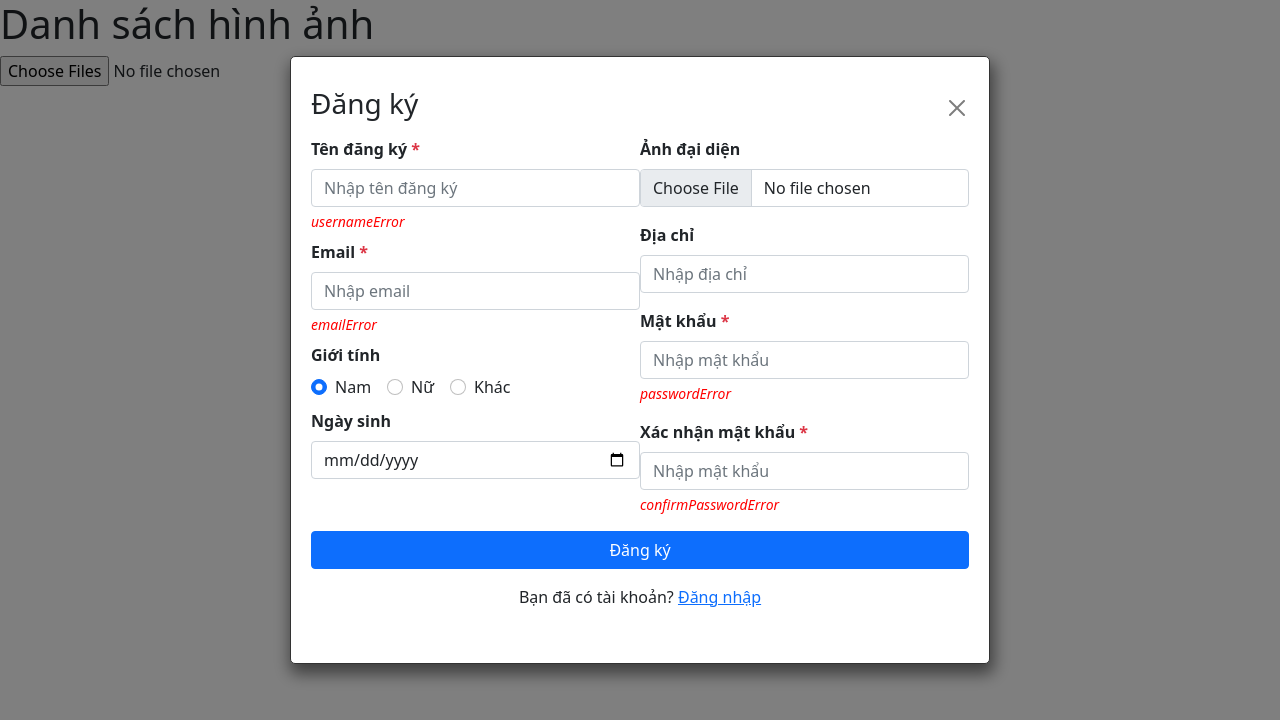
Repository: TinhTT336/MD02_Session14
Page: / (app in client/)
An editor plug-in stored every save of this project. The page is shown before and after the next save, followed by the edit.
The browser window is 1280 px wide. The pictures show the whole page.
The page's requests for data from a server got no answer. The project was rebuilt for these pictures with package versions that can differ from the ones it lists, and the page was loaded fresh each time. No one was signed in, and anything a server would have sent is missing. Also part of the build but not shown: client/vite.config.js, client/src/index.css.

Above is the page before, as saved 2023-09-14 10:36:23.

After the next save:
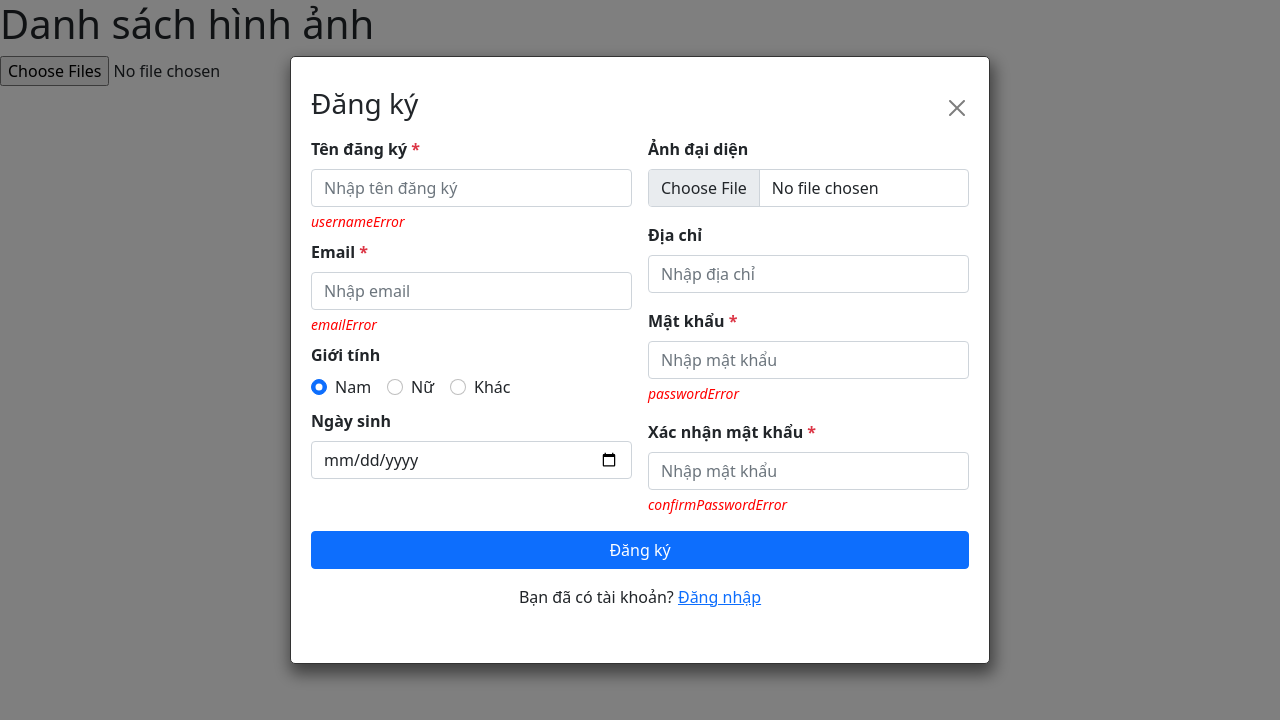
Saved 5 s later.
--- a/client/src/components/register/Register.jsx
+++ b/client/src/components/register/Register.jsx
@@ -28,7 +28,7 @@ export default function Register() {
                         <div className='btn btn-close'></div>
                     </div>
                     <div className='d-flex justify-content-between gap-10'>
-                        <div className='w-50 me-10'>
+                        <div className='w-50 me-3'>
                             <div className='form-group mb-2'>
                                 <label className='form-label' htmlFor="user_name">Tên đăng ký <span className="text-danger">*</span></label>
                                 <input className="form-control" type="text" name="user_name" id="user_name" placeholder='Nhập tên đăng ký'
